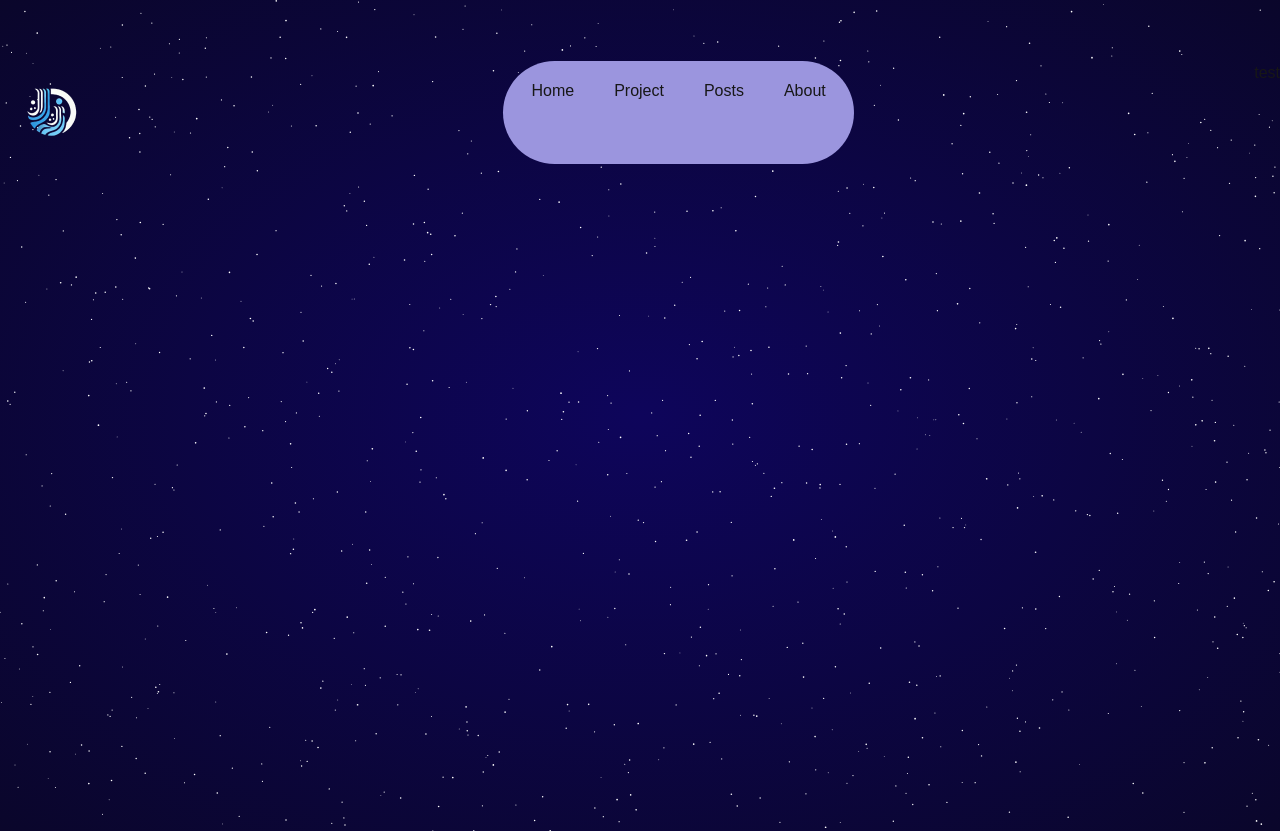
Repository: david-william19/david-william
Page: /
The author's editor kept a copy of each file at every save. The page is drawn from the files as they stood at one save, then again after the next save.
The browser window is 1280 px wide. The pictures show the whole page.
The project was rebuilt for these pictures with package versions that can differ from the ones it lists, and the page was loaded fresh each time. The framework's server and built-in components were replaced by stand-ins that run in the browser. Also part of the build but not shown: next.config.js, next.config.ts, vite.config.ts.

Above is the page before, as saved 2024-10-26 22:50:29.

### src/app/layout.tsx
import type { Metadata } from "next";
import localFont from "next/font/local";
import "./globals.css";
import Image from "next/image";
import NavbarComponent from "@/components/navbar";

const geistSans = localFont({
  src: "./fonts/GeistVF.woff",
  variable: "--font-geist-sans",
  weight: "100 900",
});
const geistMono = localFont({
  src: "./fonts/GeistMonoVF.woff",
  variable: "--font-geist-mono",
  weight: "100 900",
});

export const metadata: Metadata = {
  title: "Create Next App",
  description: "Generated by create next app",
};

export default function RootLayout({
  children,
}: Readonly<{
  children: React.ReactNode;
}>) {
  return (
    <html lang="en">
      <body
        className={`${geistSans.variable} ${geistMono.variable} antialiased`}
      >
        <div className="w-full min-h-screen bg-radial-space">
          <NavbarComponent />
            <Image
                className="w-full"
                src={"/images/stars.svg"}
                alt="stars"
                width={1920}
                height={1080}
            />
            {children}
        </div>
      </body>
    </html>
  );
}

### src/app/(home)/layout.tsx
import type { Metadata } from "next";
import "./globals.css";
import NavbarComponent from "@/components/navbar";
import { Open_Sans } from "next/font/google";
import localFont from "next/font/local";
import ReactQueryProvider from "@/providers/ReactQueryProvider";
import SmoothScrollProvider from "@/providers/SmoothScrollProvider";
import React from "react";

export const metadata: Metadata = {
  title: "David's Portfolio",
  description: "front end developer who loves to code",
};

const openSans = Open_Sans({
  subsets: ['latin'],
  variable: "--font-sans"
})

const thunderFont = localFont({
  src: [
    {
      path: "./fonts/Thunder-ExtraBoldLC.woff",
      weight: "800",
      style: "normal",
    },
    {
      path: "./fonts/Thunder-LC.woff",
      weight: "400",
      style: "normal",
    },
    {
      path: "./fonts/Thunder-LightLC.woff",
      weight: "300",
      style: "normal",
    },
    {
      path: "./fonts/Thunder-MediumLC.woff",
      weight: "500",
      style: "normal",
    },
    {
      path: "./fonts/Thunder-SemiBoldLC.woff",
      weight: "600",
      style: "normal",
    }
  ],
  variable: "--font-thunder"
})

export default function RootLayout({
  children,
}: Readonly<{
  children: React.ReactNode;
}>) {
  return (
    <html lang="en">
      <head>
        <link rel="icon" href="/favicon.ico" sizes="any" />
      </head>
      <body
        className={`${openSans.variable} ${thunderFont.variable} antialiased`}
      >
        <div className="w-full bg-[#07131c] h-screen">
          <ReactQueryProvider>
            <SmoothScrollProvider>
            <React.Fragment>
            <NavbarComponent />
            {children}
            </React.Fragment>
            </SmoothScrollProvider>
          </ReactQueryProvider>
        </div>
      </body>
    </html>
  );
}

### src/app/(home)/(page)/page.tsx

export default function Page() {
    return (
        <div>
            Hello world
        </div>
    );
}

### src/components/navbar/index.tsx
import Image from "next/image";

export default function NavbarComponent() {
    return (
        <nav className="w-full lg:pt-[61px] flex justify-between fixed">
            <Image
                alt="logo-david"
                src={"/images/logo-david.png"}
                width={103}
                height={103}
            />

            <ul className="rounded-full p-[8px] bg-[#9B95DE] flex list-none">
                <li className="px-5 py-2.5">
                    Home
                </li>
                <li className="px-5 py-2.5">
                    Project
                </li>
                <li className="px-5 py-2.5">
                    Posts
                </li>
                <li className="px-5 py-2.5">
                    About
                </li>
            </ul>

            <p>
                test
            </p>
        </nav>
    )
}

### src/providers/ReactQueryProvider.tsx
"use client";

import { QueryClientProvider, QueryClient } from "react-query";
import { useState } from "react";

const ReactQueryProvider = ({ children }: { children: React.ReactNode }) => {
  const [queryClient] = useState(() => new QueryClient());

  return (
    <QueryClientProvider client={queryClient}>{children}</QueryClientProvider>
  );
};

export default ReactQueryProvider;

### src/providers/SmoothScrollProvider.tsx
import {ReactLenis} from "lenis/react"
import React from "react"

export default function SmoothScrollProvider({children} : {children: React.ReactElement})  {

    return (
        <ReactLenis root>
            {children}
        </ReactLenis>
    )
}

### tailwind.config.ts
import type { Config } from "tailwindcss";

const config: Config = {
  content: [
    "./src/pages/**/*.{js,ts,jsx,tsx,mdx}",
    "./src/components/**/*.{js,ts,jsx,tsx,mdx}",
    "./src/app/**/*.{js,ts,jsx,tsx,mdx}",
  ],
  theme: {
    extend: {
      colors: {
        background: "var(--background)",
        foreground: "var(--foreground)",
      },
      backgroundImage: {
        "radial-space": "radial-gradient(#0E055B 0%, #0A062B 100%)",
      },
    },
  },
  plugins: [],
};
export default config;

Loaded but not shown: src/app/globals.css (common file)

After the next save:
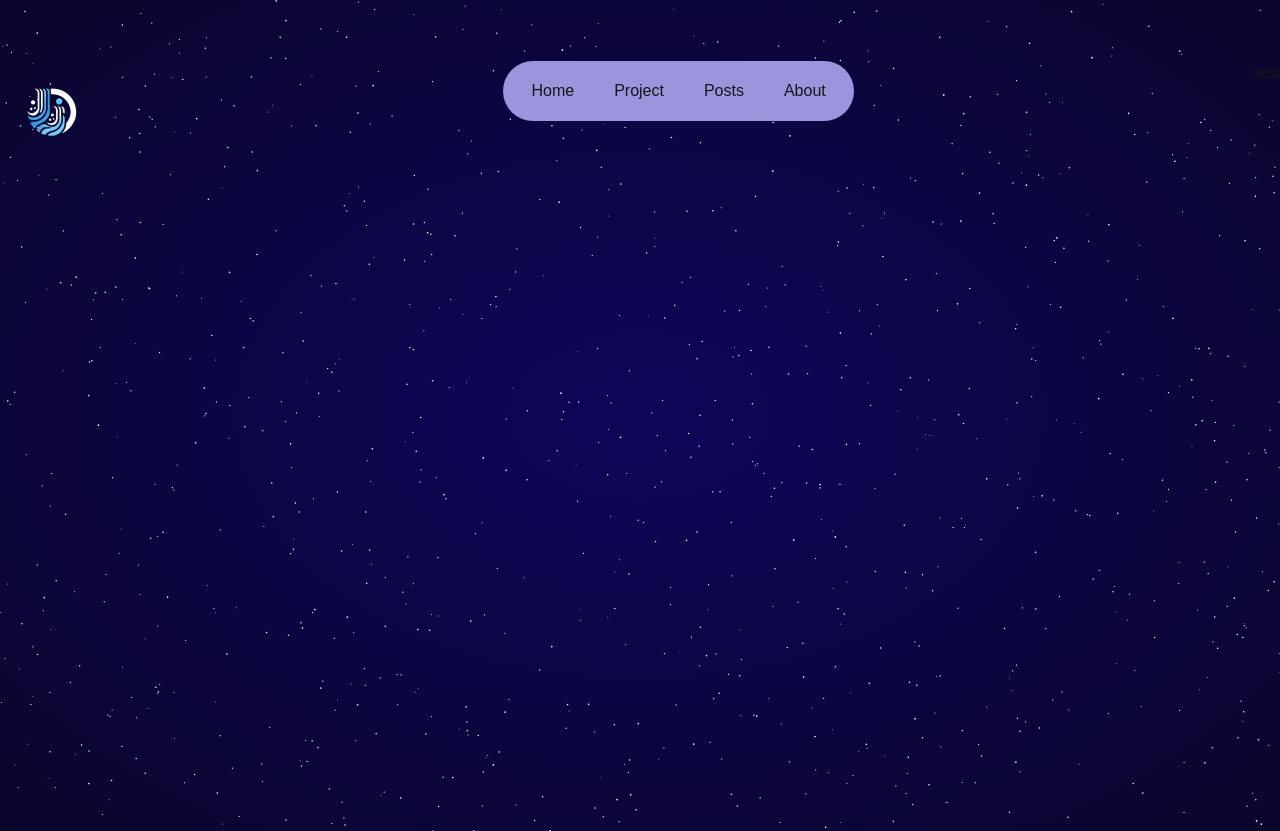
Saved 7 s later.
--- a/src/components/navbar/index.tsx
+++ b/src/components/navbar/index.tsx
@@ -10,7 +10,7 @@ export default function NavbarComponent() {
                 height={103}
             />
 
-            <ul className="rounded-full p-[8px] bg-[#9B95DE] flex list-none">
+            <ul className="rounded-full p-[8px] bg-[#9B95DE] flex h-fit list-none">
                 <li className="px-5 py-2.5">
                     Home
                 </li>
